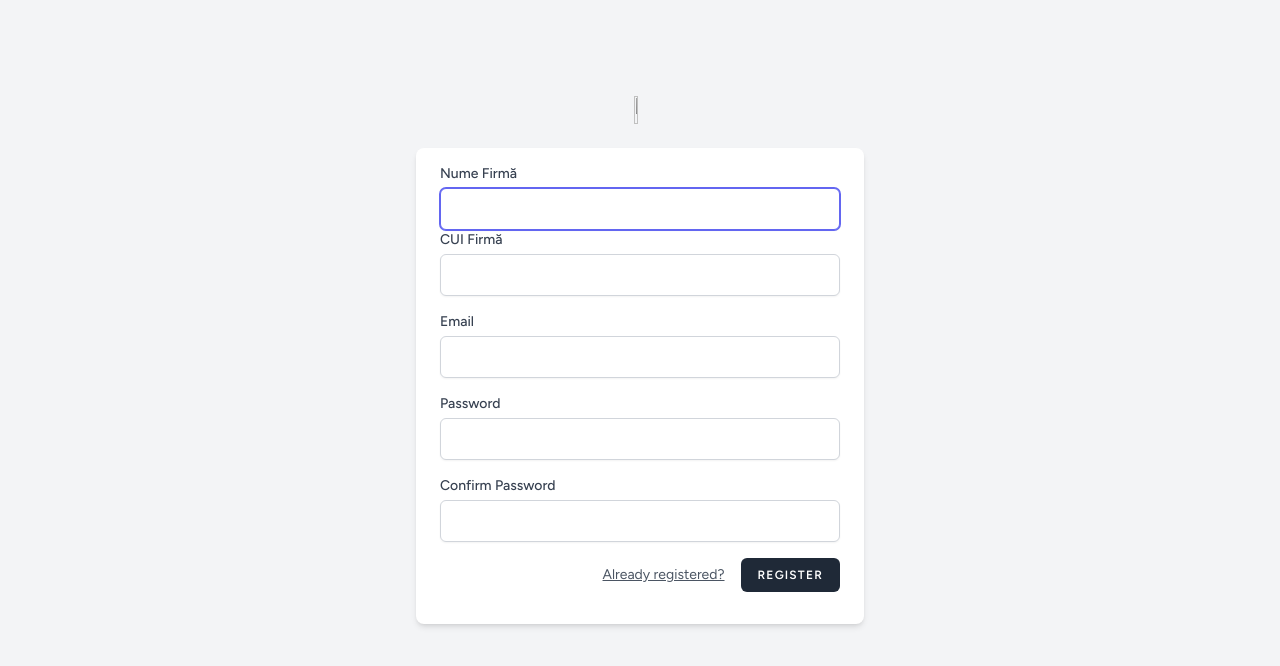
Repository: cosmin05072018/fantastic-events-manager
Page: http://localhost/register
An editor plug-in stored every save of this project. The page is shown before and after the next save, followed by the edit.
The browser window is 1280 px wide. The pictures show the whole page.
The page is served by the project's Laravel application, run on PHP 8.4 with Laravel 10. Other server files are loaded and not shown. Style sheets and scripts are compiled from the project's sources, by tool versions that may differ from the author's.

Above is the page before, as saved 2024-11-03 17:59:40.

### routes/web.php
<?php

use App\Http\Controllers\ProfileController;
use Illuminate\Support\Facades\Route;

/*
|--------------------------------------------------------------------------
| Web Routes
|--------------------------------------------------------------------------
|
| Here is where you can register web routes for your application. These
| routes are loaded by the RouteServiceProvider and all of them will
| be assigned to the "web" middleware group. Make something great!
|
*/

Route::get('/', function () {
    return view('startApp');
});

Route::get('/dashboard', function () {
    return view('dashboard');
})->middleware(['auth', 'verified'])->name('dashboard');

Route::middleware('auth')->group(function () {
    Route::get('/profile', [ProfileController::class, 'edit'])->name('profile.edit');
    Route::patch('/profile', [ProfileController::class, 'update'])->name('profile.update');
    Route::delete('/profile', [ProfileController::class, 'destroy'])->name('profile.destroy');
});

require __DIR__.'/auth.php';

### resources/views/auth/register.blade.php
<style>
    .logo-img {
        width: 100%;
        display: flex;
        align-items: center;
        justify-content: center;
    }
</style>

<x-guest-layout>
    <form method="POST" action="{{ route('register') }}">
        @csrf

        <!-- Nume Firmă -->
        <div>
            <x-input-label for="name" :value="__('Nume Firmă')" />
            <x-text-input id="name" class="block mt-1 w-full" type="text" name="name" :value="old('name')" required autofocus autocomplete="name" />
            <x-input-error :messages="$errors->get('name')" class="mt-2" />
        </div>

        <!-- CUI Firmă -->
        <div>
            <x-input-label for="name" :value="__('CUI Firmă')" />
            <x-text-input id="name" class="block mt-1 w-full" type="text" name="name" :value="old('name')" required autofocus autocomplete="name" />
            <x-input-error :messages="$errors->get('name')" class="mt-2" />
        </div>

        <!-- Email Address -->
        <div class="mt-4">
            <x-input-label for="email" :value="__('Email')" />
            <x-text-input id="email" class="block mt-1 w-full" type="email" name="email" :value="old('email')" required autocomplete="username" />
            <x-input-error :messages="$errors->get('email')" class="mt-2" />
        </div>

        <!-- Password -->
        <div class="mt-4">
            <x-input-label for="password" :value="__('Password')" />

            <x-text-input id="password" class="block mt-1 w-full"
                            type="password"
                            name="password"
                            required autocomplete="new-password" />

            <x-input-error :messages="$errors->get('password')" class="mt-2" />
        </div>

        <!-- Confirm Password -->
        <div class="mt-4">
            <x-input-label for="password_confirmation" :value="__('Confirm Password')" />

            <x-text-input id="password_confirmation" class="block mt-1 w-full"
                            type="password"
                            name="password_confirmation" required autocomplete="new-password" />

            <x-input-error :messages="$errors->get('password_confirmation')" class="mt-2" />
        </div>

        <div class="flex items-center justify-end mt-4">
            <a class="underline text-sm text-gray-600 dark:text-gray-400 hover:text-gray-900 dark:hover:text-gray-100 rounded-md focus:outline-none focus:ring-2 focus:ring-offset-2 focus:ring-indigo-500 dark:focus:ring-offset-gray-800" href="{{ route('login') }}">
                {{ __('Already registered?') }}
            </a>

            <x-primary-button class="ms-4">
                {{ __('Register') }}
            </x-primary-button>
        </div>
    </form>
</x-guest-layout>

### resources/views/components/application-logo.blade.php
<div class="logo-img">
    <img src="{{ asset('storage/logo.svg') }}" alt="Logo" style="width: 20% !important;">
</div>

Loaded but not shown: routes/auth.php (common file); app/Http/Controllers/Auth/EmailVerificationPromptController.php (common file); app/Http/Controllers/Controller.php (common file); app/Http/Controllers/Auth/VerifyEmailController.php (common file); app/Http/Controllers/Auth/RegisteredUserController.php (common file); app/View/Components/GuestLayout.php (common file); resources/views/components/input-label.blade.php (common file); resources/views/components/text-input.blade.php (common file); resources/views/components/input-error.blade.php (common file); resources/views/components/primary-button.blade.php (common file); resources/views/layouts/guest.blade.php (common file); resources/css/app.css (common file); tailwind.config.js (common file); resources/js/app.js (common file); resources/js/bootstrap.js (common file)

After the next save:
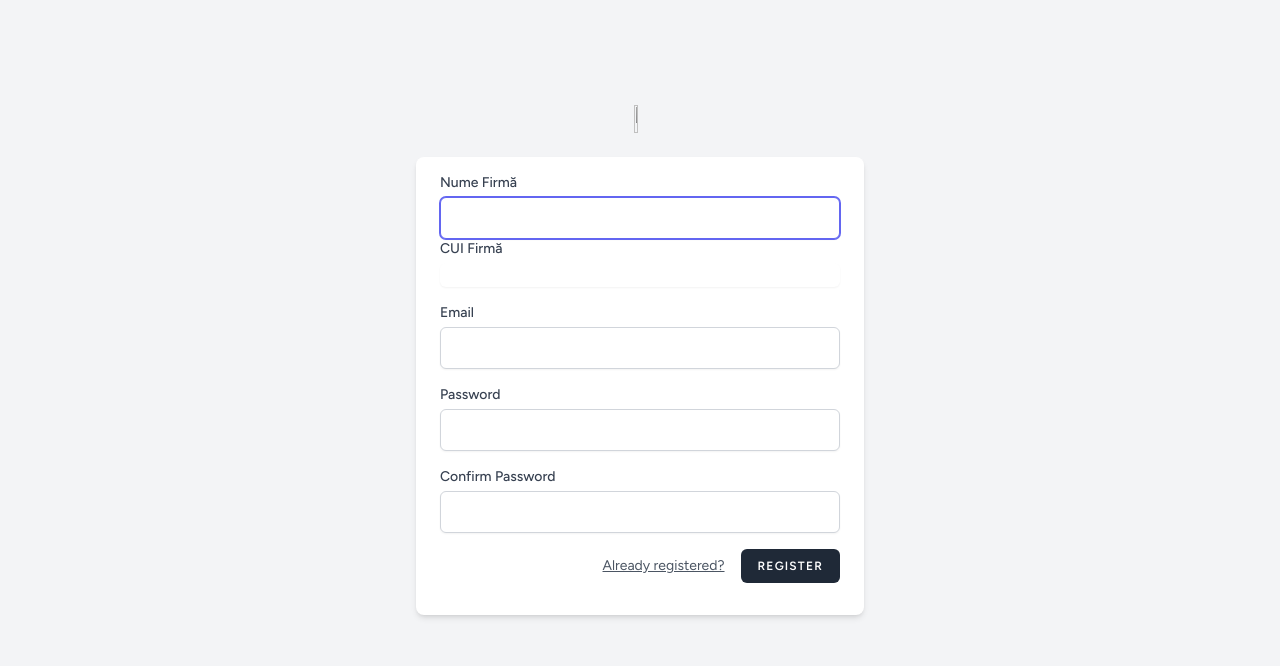
Saved 11 s later.
--- a/resources/views/auth/register.blade.php
+++ b/resources/views/auth/register.blade.php
@@ -21,7 +21,7 @@
         <!-- CUI Firmă -->
         <div>
             <x-input-label for="name" :value="__('CUI Firmă')" />
-            <x-text-input id="name" class="block mt-1 w-full" type="text" name="name" :value="old('name')" required autofocus autocomplete="name" />
+            <x-text-input id="name" class="block mt-1 w-full" type="numvber" name="name" :value="old('name')" required autofocus autocomplete="name" />
             <x-input-error :messages="$errors->get('name')" class="mt-2" />
         </div>
 

After the save that followed:
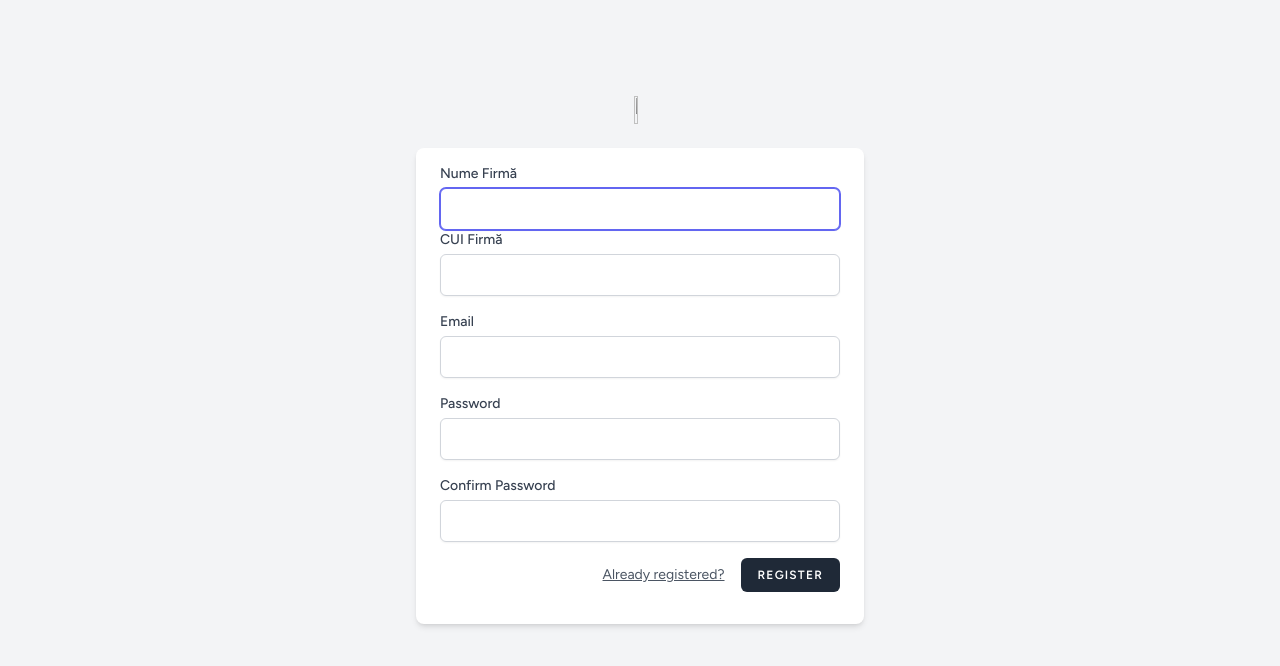
Saved 10 s later.
--- a/resources/views/auth/register.blade.php
+++ b/resources/views/auth/register.blade.php
@@ -21,7 +21,7 @@
         <!-- CUI Firmă -->
         <div>
             <x-input-label for="name" :value="__('CUI Firmă')" />
-            <x-text-input id="name" class="block mt-1 w-full" type="numvber" name="name" :value="old('name')" required autofocus autocomplete="name" />
+            <x-text-input id="name" class="block mt-1 w-full" type="number" name="name" :value="old('name')" required autofocus autocomplete="name" />
             <x-input-error :messages="$errors->get('name')" class="mt-2" />
         </div>
 
